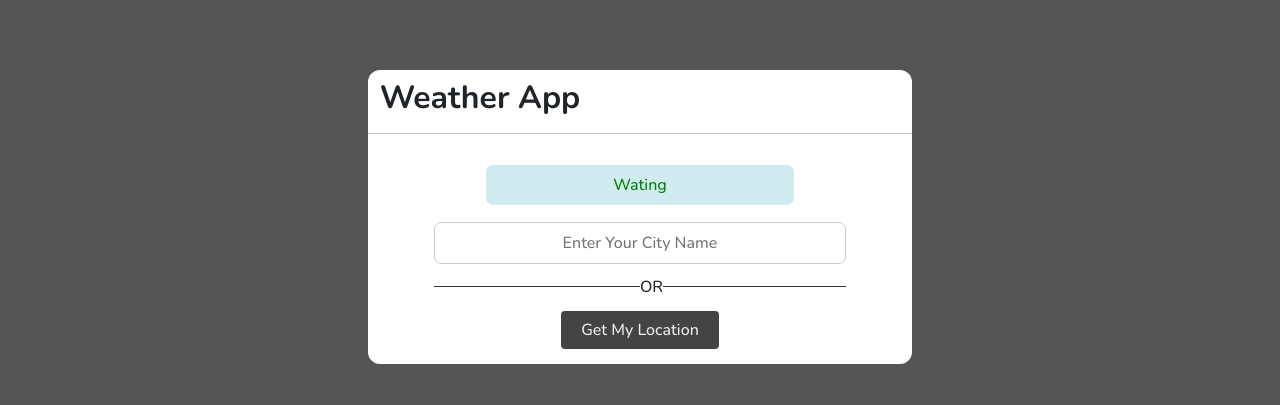
Repository: youssef168/Weather-App
Page: index.htm
The author's editor kept a copy of each file at every save. The page is drawn from the files as they stood at one save, then again after the next save.
The browser window is 1280 px wide. The pictures show the whole page.

Above is the page before, as saved 2021-12-28 22:20:31.

After the next save:
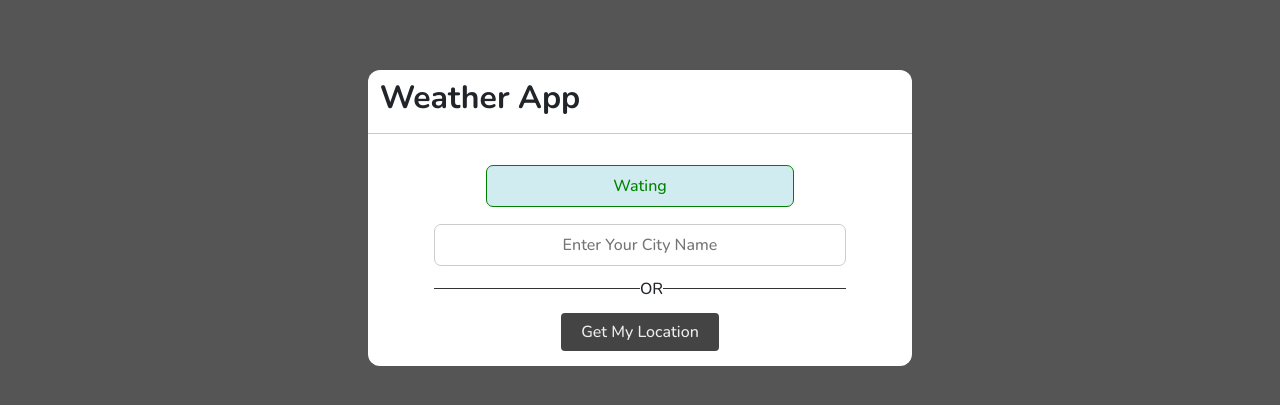
Saved 7 s later.
--- a/style.css
+++ b/style.css
@@ -169,4 +169,5 @@ h2 {
     margin-bottom: 17px;
     padding: 8px 19px;
     border-radius: 7px;
+    border: 1px solid green;
 }
